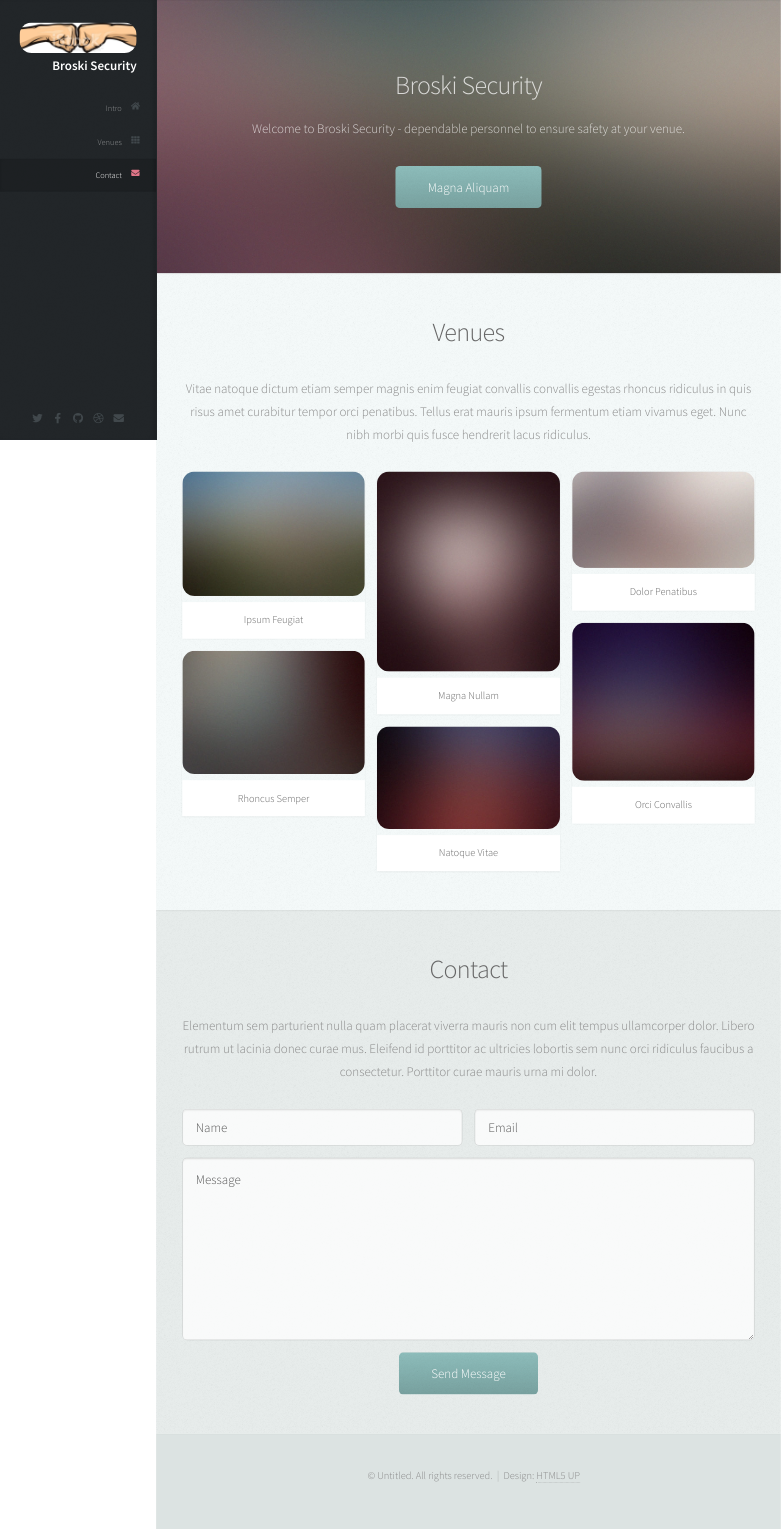
Repository: fiedore/fiedore.github.io
Page: index.html
These files come from the project's save history. The page is drawn as it stood at one moment and after a run of saves; the edit follows.
The browser window is 1280 px wide. The pictures show the whole page, at 61% of full size.

Above is the page before, as saved 2025-06-03 00:25:17.

After the next 2 saves:
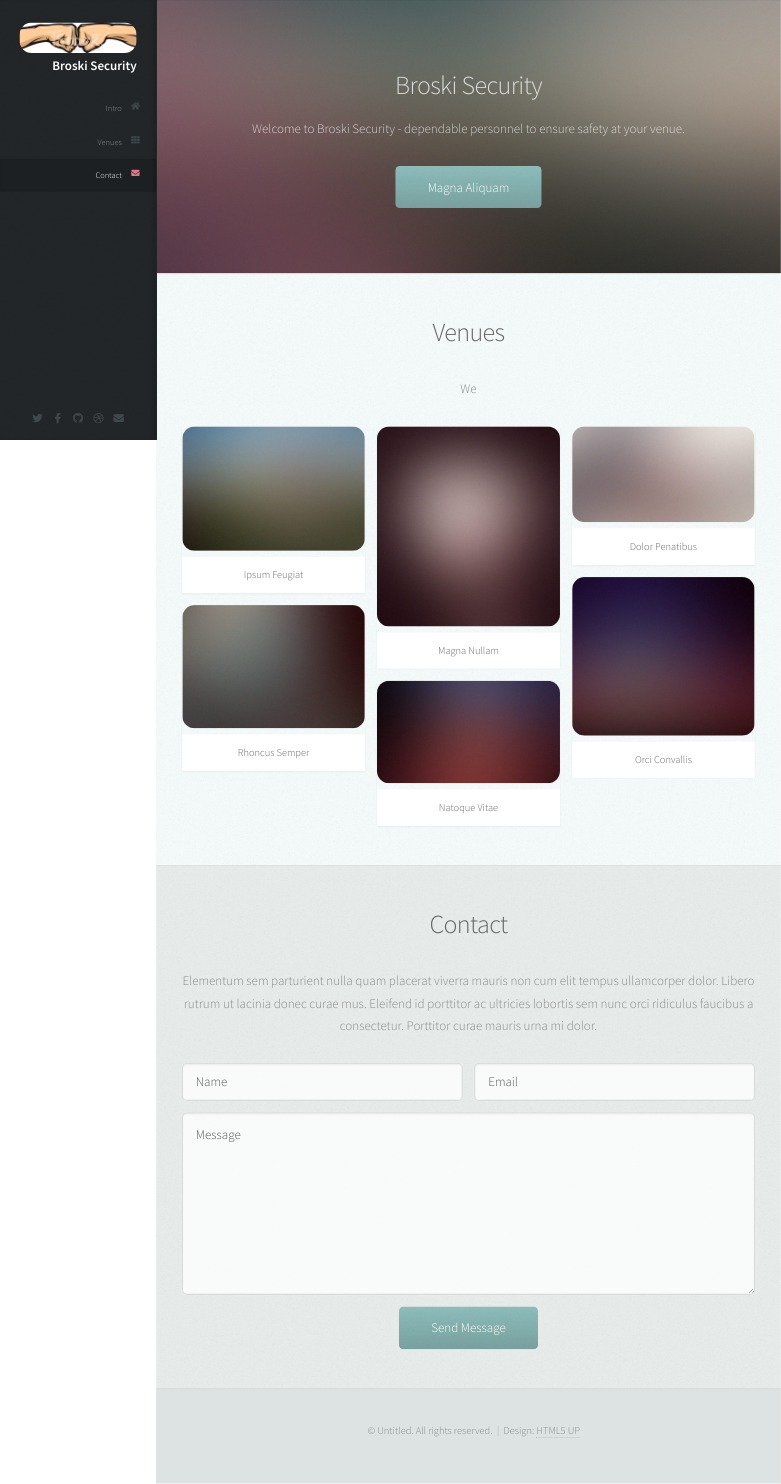
The 2 saves are shown as one change because they came seconds apart.
The last was saved 118 s later.
--- a/index.html
+++ b/index.html
@@ -78,10 +78,7 @@
 								<h2>Venues</h2>
 							</header>
 
-							<p>Vitae natoque dictum etiam semper magnis enim feugiat convallis convallis
-							egestas rhoncus ridiculus in quis risus amet curabitur tempor orci penatibus.
-							Tellus erat mauris ipsum fermentum etiam vivamus eget. Nunc nibh morbi quis
-							fusce hendrerit lacus ridiculus.</p>
+							<p>We </p>
 
 							<div class="row">
 								<div class="col-4 col-12-mobile">
